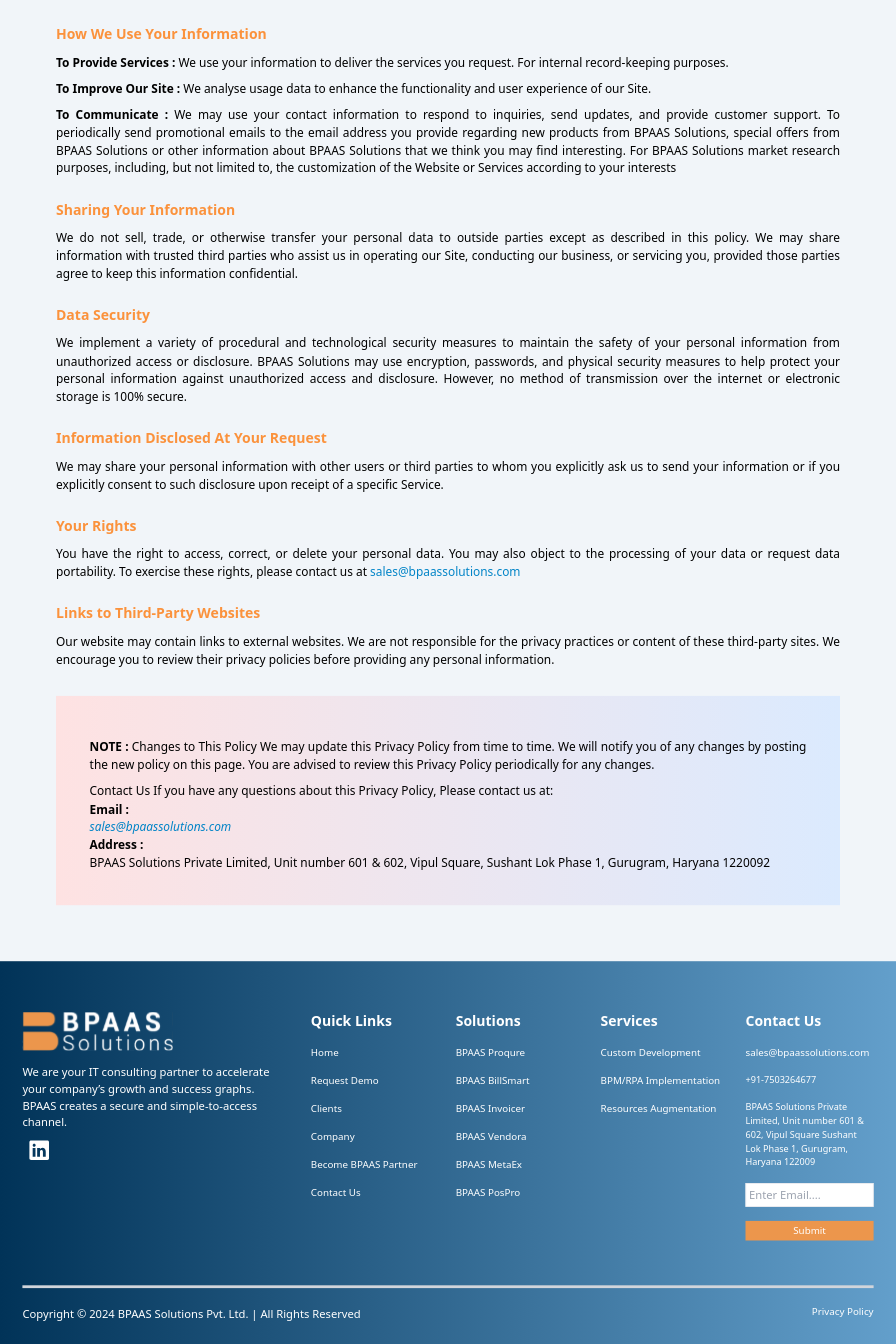
Repository: captainalpha/BP-Website
Page: /services/bp-services
The author's editor kept a copy of each file at every save. The page is drawn from the files as they stood at one save, then again after the next save.
The browser window is 1280 px wide. The pictures show the part of the page from y = 1173 to 3093 px (the page is 3093 px tall before and 3067 px after), at 70% of full size.
The project was rebuilt for these pictures with package versions that can differ from the ones it lists, and the page was loaded fresh each time. The framework's server and built-in components were replaced by stand-ins that run in the browser. Also part of the build but not shown: next.config.js, components/common/TopBanner.js, components/common/SectionHeader.js.

Above is the page before, as saved 2024-08-13 16:25:30.

### pages/_app.js
import Navbar from "../components/common/Navbar";
import "../styles/globals.css";
import Footer from "../components/common/Footer";

import "swiper/css";
import "swiper/css/navigation";
import "swiper/css/pagination";



import { motion, AnimatePresence } from "framer-motion";
import CookiesMain from "../components/common/CookiesMain";

// import styles from './slider.module.scss'
function MyApp({ Component, pageProps, router }) {
  const spring = {
    type: "spring",
    damping: 20,
    stiffness: 100,
    when: "afterChildren",
  };
  return (
    <>
      <div className="z-50 scroll-smooth">
        <Navbar />
      </div>
      <AnimatePresence>
        <div className="page-transition-wrapper">
          <motion.div
            transition={spring}
            key={router.pathname}
            initial={{ y: -300, opacity: 0 }}
            animate={{ y: 0, opacity: 1 }}
            exit={{ y: 300, opacity: 0 }}
            id="page-transition-container"
          >
            <Component {...pageProps} /> <Footer />{" "}
            <CookiesMain/>
          </motion.div>
        </div>
      </AnimatePresence>
    </>
  );
}

export default MyApp;

### pages/services/bp-services.js
import TopBanner from "../../components/common/TopBanner";
import SectionHeader from "../../components/common/SectionHeader";
import TopBanner2 from "../../components/common/TopBanner2";
import Image from "next/image";
import Link from "next/link";

function BpServices() {
  return (
    <div>
      <div className="relative">
        <TopBanner2
          image={"/images/policy-service2.jpg"}
          title="Privacy Policy"
          discription="This Privacy Policy explains how we collect, use, disclose, and safeguard your information when you visit our website."
          btnShow={false}
        />
        <div className="absolute top-[1em] right-[10em]">
          <Image
            src="/images/privacypolicy2.png"
            className="w-1/2 mx-auto"
            width="500"
            height="500"
            alt="customer-developement"
          />
        </div>
      </div>

      <div className=" bg-slate-100  p-[5em]">
        <div className="container mx-auto max-w-6xl">
          <div className="text-left">
            <h1 className="lg:text-4xl text-3xl font-bold capitalize ">
              <span>Privacy</span>{" "}
              <span className="text-[#fb923c]">Statement</span>
            </h1>
          </div>

          <div className="mt-5">
            <p className="text-[17px] text-justify">
              Effective Date: 12th Aug 2024 <br />
              <br /> BPAAS Solutions Pvt. Ltd. (&ldquo;we,&rdquo;
              &ldquo;our,&rdquo; &ldquo;us&rdquo;) is committed to protecting
              your privacy. This Privacy Policy explains how we collect, use,
              disclose, and safeguard your information when you visit our
              website&nbsp;
              <Link passHref href="/">
                <a className="text-sky-600 hover:text-[#fb923c]">
                  bpaassolutions.com
                </a>
              </Link>
              . Please read this policy carefully to understand our views and
              practices regarding your personal data.
            </p>
          </div>

          <div className="mt-[2em]">
            <h1 className="text-[20px] font-bold text-[#fb923c]">
              Information We Collect
            </h1>
            <p className="text-[17px] text-justify mt-3">
              &ldquo;Personal data&rdquo; is defined to include information that
              whether on its own or in combination with other information may be
              used to readily identify or contact you such as: name, address,
              email address, phone number etc.
            </p>
            <p className="text-[17px] text-justify mt-3">
              <b>Personal Data :</b> We may collect personal identification
              information (such as name, email address, phone number) when you
              voluntarily submit it through our Site.
            </p>
            <p className="text-[17px] text-justify mt-3">
              <b>Usage Data :</b> We automatically collect information about
              your interaction with our Site, including IP address, browser
              type, operating system, and pages visited.
            </p>
          </div>

          <div className="mt-[2em]">
            <h1 className="text-[20px] font-bold text-[#fb923c]">
              How We Use Your Information
            </h1>
            <p className="text-[17px] text-justify mt-3">
              <b>To Provide Services :</b> We use your information to deliver
              the services you request. For internal record-keeping purposes.
            </p>
            <p className="text-[17px] text-justify mt-3">
              <b>To Improve Our Site :</b> We analyse usage data to enhance the
              functionality and user experience of our Site.
            </p>
            <p className="text-[17px] text-justify mt-3">
              <b>To Communicate :</b> We may use your contact information to
              respond to inquiries, send updates, and provide customer support.
              To periodically send promotional emails to the email address you
              provide regarding new products from BPAAS Solutions, special
              offers from BPAAS Solutions or other information about BPAAS
              Solutions that we think you may find interesting. For BPAAS
              Solutions market research purposes, including, but not limited to,
              the customization of the Website or Services according to your
              interests
            </p>
          </div>

          <div className="mt-[2em]">
            <h1 className="text-[20px] font-bold text-[#fb923c]">
              Sharing Your Information
            </h1>
            <p className="text-[17px] text-justify mt-3">
              We do not sell, trade, or otherwise transfer your personal data to
              outside parties except as described in this policy. We may share
              information with trusted third parties who assist us in operating
              our Site, conducting our business, or servicing you, provided
              those parties agree to keep this information confidential.
            </p>
          </div>

          <div className="mt-[2em]">
            <h1 className="text-[20px] font-bold text-[#fb923c]">
              Data Security
            </h1>
            <p className="text-[17px] text-justify mt-3">
              We implement a variety of procedural and technological security
              measures to maintain the safety of your personal information from
              unauthorized access or disclosure. BPAAS Solutions may use
              encryption, passwords, and physical security measures to help
              protect your personal information against unauthorized access and
              disclosure. However, no method of transmission over the internet
              or electronic storage is 100% secure.
            </p>
          </div>

          <div className="mt-[2em]">
            <h1 className="text-[20px] font-bold text-[#fb923c]">
              Information Disclosed At Your Request
            </h1>
            <p className="text-[17px] text-justify mt-3">
              We may share your personal information with other users or third
              parties to whom you explicitly ask us to send your information or
              if you explicitly consent to such disclosure upon receipt of a
              specific Service.
            </p>
          </div>

          <div className="mt-[2em]">
            <h1 className="text-[20px] font-bold text-[#fb923c]">
              Your Rights
            </h1>
            <p className="text-[17px] text-justify mt-3">
              You have the right to access, correct, or delete your personal
              data. You may also object to the processing of your data or
              request data portability. To exercise these rights, please contact
              us at&nbsp;
              <a
                className="text-sky-600 hover:text-[#fb923c]"
                href="mailto:sales@bpaassolutions.com"
              >
                sales@bpaassolutions.com
              </a>
            </p>
          </div>

          <div className="mt-[2em]">
            <h1 className="text-[20px] font-bold text-[#fb923c]">
              Links to Third-Party Websites
            </h1>
            <p className="text-[17px] text-justify mt-3">
              Our website may contain links to external websites. We are not
              responsible for the privacy practices or content of these
              third-party sites. We encourage you to review their privacy
              policies before providing any personal information.
            </p>
          </div>

          <div className="mt-[2em]  lg:mt-10 md:mt-10 xl:mt-10 bg-gradient-to-r from-red-100 to-blue-100 p-2 md:p-[3em]">
            <p className="text-[17px] text-justify mt-3">
              <b>NOTE : </b> Changes to This Policy We may update this Privacy
              Policy from time to time. We will notify you of any changes by
              posting the new policy on this page. You are advised to review
              this Privacy Policy periodically for any changes.
            </p>
            <p className="text-[17px] text-justify mt-3">
              Contact Us If you have any questions about this Privacy Policy,
              Please contact us at:
              <br />
              <b>Email : </b>
              <address>
                <a
                  className="text-sky-600 hover:text-[#fb923c]"
                  href="mailto:sales@bpaassolutions.com"
                >
                  sales@bpaassolutions.com
                </a>{" "}
              </address>
              <b>Address :</b><br/>
                BPAAS Solutions Private Limited, Unit number 601 & 602, Vipul
                Square, Sushant Lok Phase 1, Gurugram, Haryana 1220092
            </p>
          </div>
        </div>
      </div>
    </div>
  );
}

export default BpServices;

### styles/globals.css
@tailwind base;
@tailwind components;
@tailwind utilities;

.mySwiper {
  padding: 0 3rem;
}
.swiper-button-next {
  color: white;
  font-size: 20px !important;
}
.swiper-button-prev {
  color: white;
  font-size: 20px !important;
}
.swiper-button-prev:after {
  color: white;
  font-size: 20px !important;
}
.swiper-button-next:after {
  color: white;
  font-size: 20px !important;
}
.container-bpaas{
  max-width: 1100px;
}

/* .swiper-button-prev {

  background-image: url("data:[embedded picture, 251 characters]");
} */
.swiper-button-prev:after {

  border: 2px solid white;
  border-radius: 30%;
  /* width: 25%; */
  background: #ec964c;
  padding: 20%;
}
/* .swiper-button-next {
  background-image: url("data:[embedded picture, 251 characters]");
} */
.swiper-button-next:after {

  border: 2px solid white;
  border-radius: 30%;
  /* width: 25%; */
  background: #ec964c;
  padding: 20%;
}

@media only screen and (max-width: 600px) {
  .swiper-button-next:after {
    display: none;
  }
}
@media only screen and (max-width: 600px) {
  .swiper-button-prev:after {
    display: none;
  }
}




/*OEM Modal */
@layer utilities {
  @keyframes modalOpen {
    0% {
      clip-path: polygon(0 0, 0 0, 0 100%, 0 100%);
      opacity: 0;
    }
    100% {
      clip-path: polygon(0 0, 100% 0, 100% 100%, 0 100%);
      opacity: 1;
    }
  }

  @keyframes modalClose {
    0% {
      clip-path: polygon(0 0, 100% 0, 100% 100%, 0 100%);
      opacity: 1;
    }
    100% {
      clip-path: polygon(50% 0, 50% 0, 50% 100%, 50% 100%);
      opacity: 0;
    }
  }

  .animate-modalOpen {
    animation: modalOpen 0.5s forwards;
  }

  .animate-modalClose {
    animation: modalClose 0.5s forwards;
  }

  .custom-aspect-ratio {
    box-shadow: rgba(149, 157, 165, 0.2) 0px 8px 24px;
    aspect-ratio: 3 / 2;
  }
}

### components/common/CookiesMain.js
import { useState, useEffect } from 'react';
import Cookies from 'js-cookie';


const CookiesMain = () => {
    const [showBanner, setShowBanner] = useState(false);

  useEffect(() => {
    const consent = Cookies.get('cookie-consent');
    if (!consent) {
      setShowBanner(true);
    }
  }, []);

  const acceptCookies = () => {
    Cookies.set('cookie-consent', 'true', { expires: 365 });
    setShowBanner(false);
  };

  if (!showBanner) return null;
  return (
    <>

    <div className="fixed bottom-0 left-0 right-0 bg-gray-800 text-white p-4 flex justify-between items-center z-50">
      <span>We use cookies to improve your experience. By using our website, you agree to our cookie policy.</span>
      <button
        onClick={acceptCookies}
        className="bg-orange text-white px-4 md:px-10 py-2"
      >
        Accept
      </button>
    </div>

    </>
  )
}
export default CookiesMain

### components/common/TopBanner2.js
import Link from "next/link";
function TopBanner2({ image, title, discription, onClick,btnShow}) {
  return (
    <div
      style={{ backgroundImage: `url(${image})` }}
      className={`lg:h-[80vh] h-[60vh] mt-20 w-full text-white flex p-10 items-center bg-no-repeat bg-cover `}
    >
      <div className="space-y-4 lg:w-1/2  md:text-left">
        <h1 className="lg:text-5xl text-3xl font-bold capitalize ">{title}</h1>
        <p className="w-full lg:text-xl lg:text-justify tracking-tighter">
          {discription}
        </p>
    {btnShow&&(
        <Link passHref href="/request-demo">
          <button className="px-8 py-2  border-white border-2 hover:bg-orange font-medium text-xl">
            Request Demo
          </button>
        </Link>
    )}
      </div>
    </div>
  );
}

export default TopBanner2;

### tailwind.config.js
module.exports = {
  content: [
    "./pages/**/*.{js,ts,jsx,tsx}",
    "./components/**/*.{js,ts,jsx,tsx}",
  ],
  theme: {
    extend: {
      keyframes: {
        modalOpen: {
          '0%': { transform: 'scale(0)', opacity: 0 },
          '100%': { transform: 'scale(1)', opacity: 1 },
        },
        modalClose: {
          '0%': { transform: 'scale(1)', opacity: 1 },

        },
        fragmentIn: {
          '0%': { opacity: 0, transform: 'translate(-50px, -50px)' },
          '100%': { opacity: 1, transform: 'translate(0, 0)' },
        },
        fragmentOut: {
          '0%': { opacity: 1, transform: 'translate(0, 0)' },
          '100%': { opacity: 0, transform: 'translate(50px, 50px)' },
        },

      },
      animation: {
        modalOpen: 'modalOpen 0.5s ease-out forwards',
        modalClose: 'modalClose 0.5s ease-in forwards',
        fragmentIn: 'fragmentIn 0.5s ease-out forwards',
        fragmentOut: 'fragmentOut 0.5s ease-in forwards',
      },
      backgroundImage: {
        "testimonial-bg": "url('/img/hero-pattern.svg')",
        "testimonial-bgs": "url('/')",
      },
      colors: {
        primary: "#013358",
        secondary: "#639FCB",
        primaryText: "#1D669C",
        orange: "#EC964C",
        glassEffect:
          "linear-gradient(105.47deg, #FFFFFF -13.63%, rgba(255, 255, 255, 0) 108.8%)",
      },
      backgroundSize: {
        "size-200": "200% 200%",
      },
      backgroundPosition: {
        "pos-0": "0% 0%",
        "pos-100": "100% 100%",
      },
    },
    variants: {
      fill: ["hover", "focus"],
    },
    boxShadow: {
      "3xl": "0 35px 60px -15px rgba(0, 0, 0, 0.3)",
    },
  },
  plugins: [],
};

Loaded but not shown: components/common/Navbar.js (726 lines, source omitted); components/common/Footer.js (194 lines, source omitted)

After the next save:
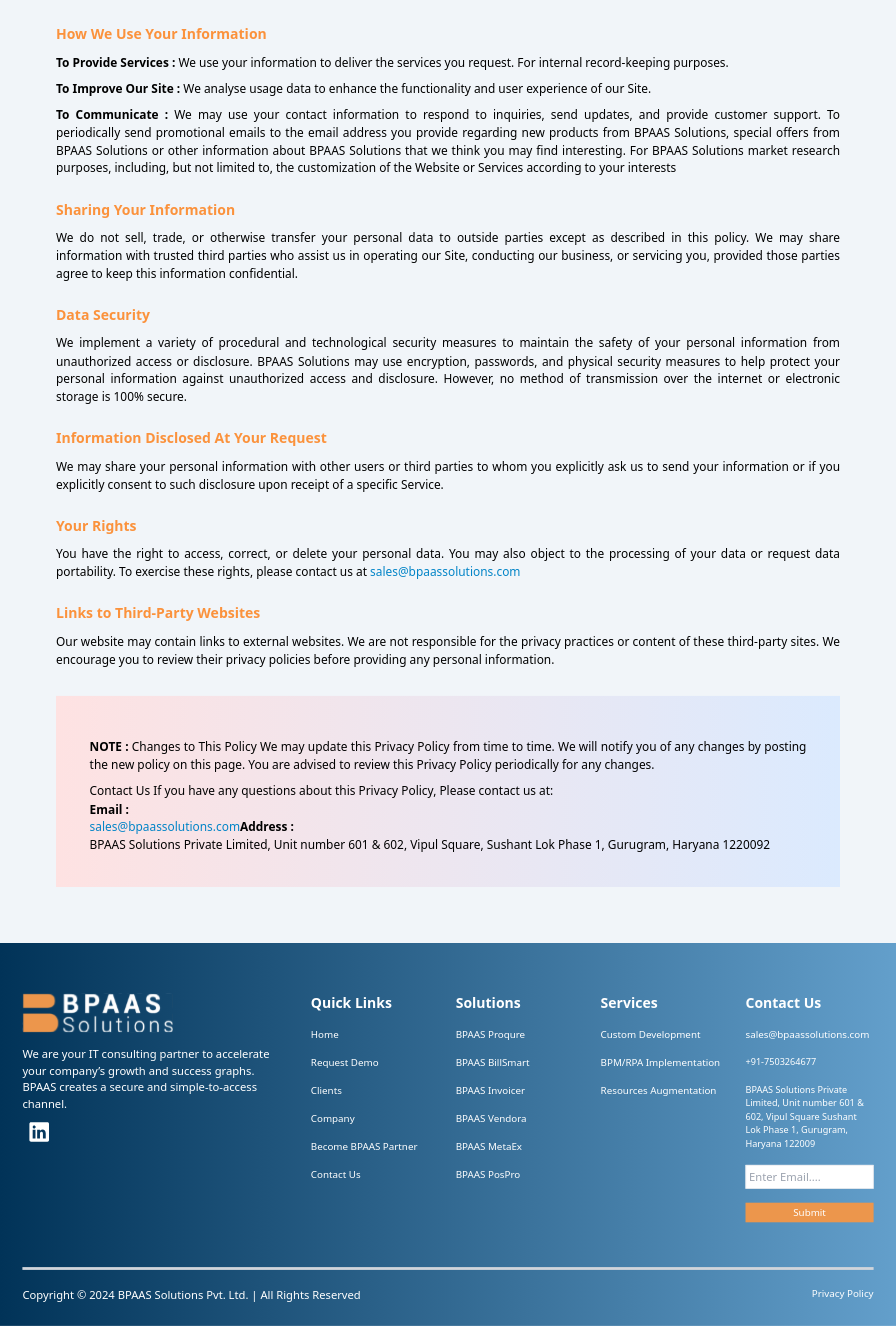
Saved 11 s later.
--- a/pages/services/bp-services.js
+++ b/pages/services/bp-services.js
@@ -180,15 +180,13 @@
               Contact Us If you have any questions about this Privacy Policy,
               Please contact us at:
               <br />
-              <b>Email : </b>
-              <address>
+              <b>Email : </b><br/>
                 <a
                   className="text-sky-600 hover:text-[#fb923c]"
                   href="mailto:sales@bpaassolutions.com"
                 >
                   sales@bpaassolutions.com
-                </a>{" "}
-              </address>
+                </a>
               <b>Address :</b><br/>
                 BPAAS Solutions Private Limited, Unit number 601 & 602, Vipul
                 Square, Sushant Lok Phase 1, Gurugram, Haryana 1220092

After the save that followed:
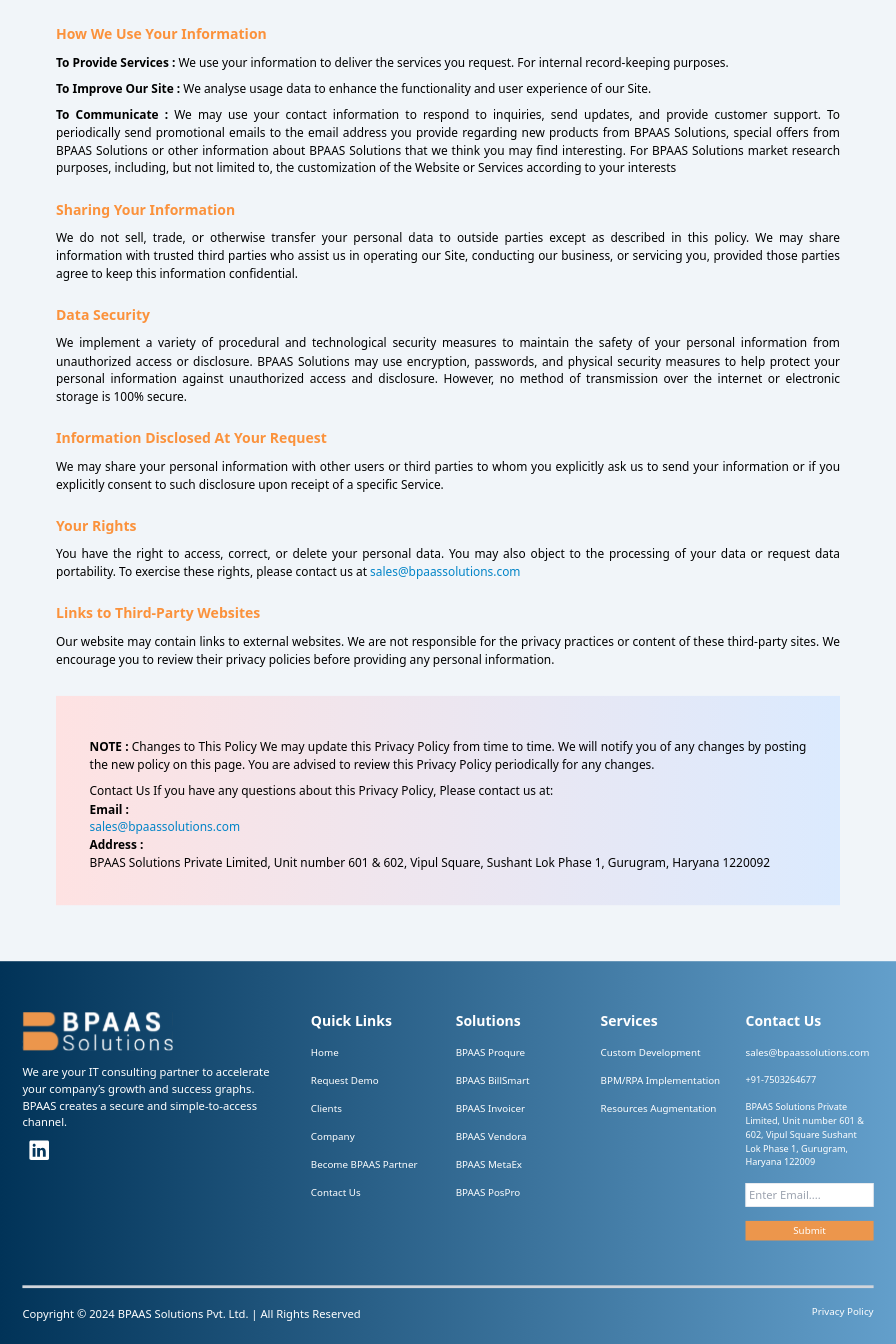
Saved 6 s later.
--- a/pages/services/bp-services.js
+++ b/pages/services/bp-services.js
@@ -186,7 +186,7 @@
                   href="mailto:sales@bpaassolutions.com"
                 >
                   sales@bpaassolutions.com
-                </a>
+                </a><br/>
               <b>Address :</b><br/>
                 BPAAS Solutions Private Limited, Unit number 601 & 602, Vipul
                 Square, Sushant Lok Phase 1, Gurugram, Haryana 1220092
